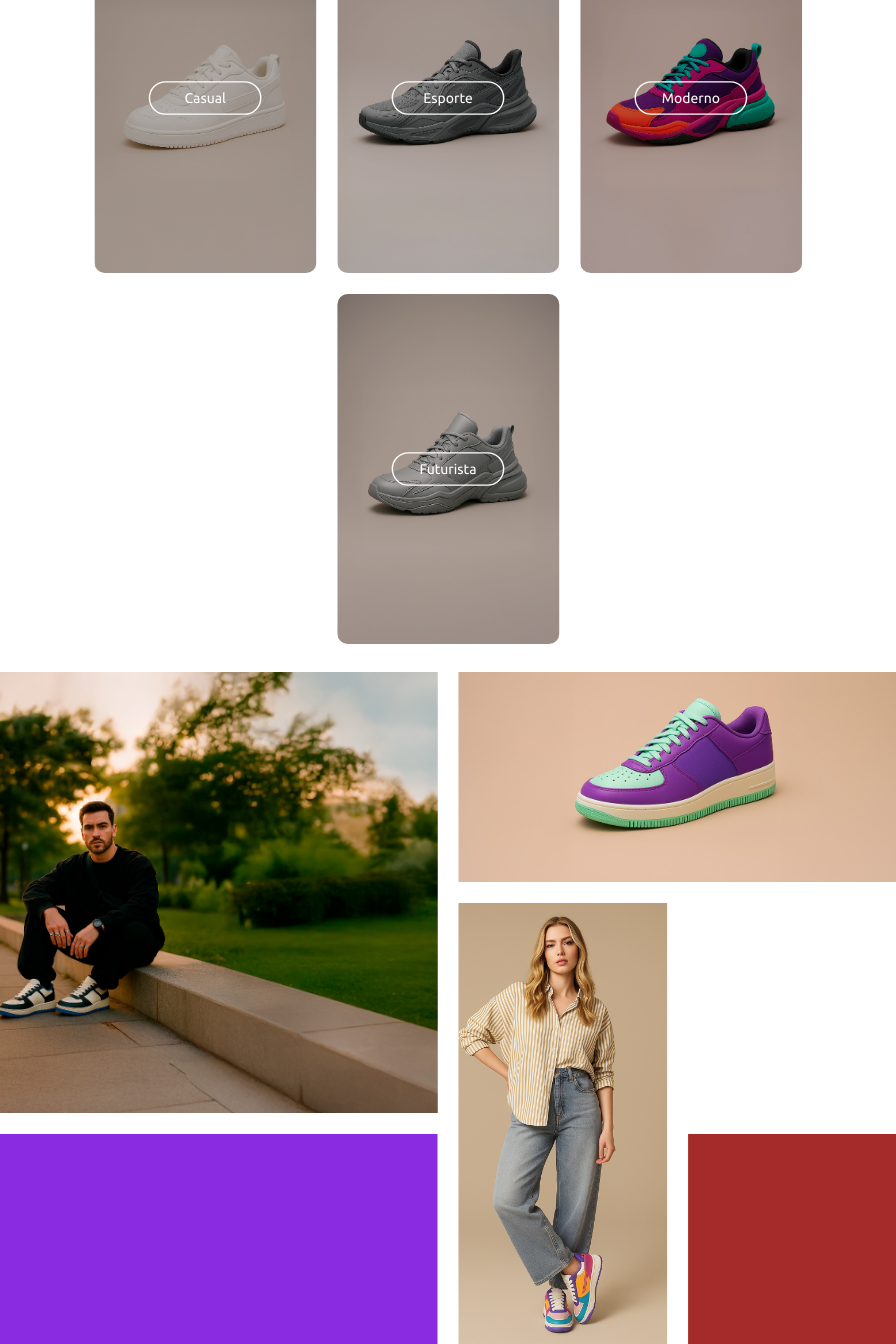
Repository: caique2512/ecommerce-syntaxwear
Page: index.html
An editor plug-in stored every save of this project. The page is shown before and after a run of saves, followed by the edit.
The browser window is 1280 px wide. The pictures show the part of the page from y = 690 to 2610 px (the page is 2610 px tall), at 70% of full size.

Above is the page before, as saved 2026-02-20 18:42:49.

### index.html
<!doctype html>
<html lang="pt-BR">
  <head>
    <meta charset="UTF-8" />
    <meta name="viewport" content="width=device-width, initial-scale=1.0" />
    <meta name="description" content="SyntaxWear - Loja de tênis online" />
    <title>SyntaxWear - Tênis e Sneakers Online</title>
    <meta
      name="description"
      content="Compre os melhores tênis e sneakers online na SyntaxWear. Encontre modelos exclusivos, ofertas imperdíveis e frete grátis para todo o Brasil."
    />

    <link rel="stylesheet" href="./css/base/reset.css" />
    <link rel="stylesheet" href="./css/base/style.css" />
    <link rel="stylesheet" href="./css/base/variables.css" />

    <link rel="stylesheet" href="./css/components/header.css" />
    <link rel="stylesheet" href="./css/components/hero.css" />
    <link rel="stylesheet" href="./css/components/product-category.css" />
    <link rel="stylesheet" href="./css/components/product-grid.css" />
  </head>
  <body>
    <!-- Header com Logo e Navegação -->
    <header class="header">
      <h1 class="logo">
        <a href="/" title="SyntaxWear - Tênis e Sneakers Online">
          <img
            src="./images/logo/logo.svg"
            alt="SyntaxWear - Tênis e Sneakers Online"
          />
        </a>
      </h1>
      <nav class="nav-center" aria-label="Categorias Principais">
        <ul>
          <li><a href="#">Masculino</a></li>
          <li><a href="#">Feminino</a></li>
          <li><a href="#">Outlet</a></li>
        </ul>
      </nav>

      <nav class="nav-right" aria-label="Menu Secundário">
        <ul>
          <li><a href="#">Nossas lojas</a></li>
          <li><a href="#">Sobre</a></li>
          <li>
            <a href="#" aria-label="Minha conta">
              <img src="./images/icons/user.svg" alt="Minha conta" />
            </a>
          </li>
          <li>
            <a href="#" aria-label="Ajuda">
              <img src="./images/icons/help.svg" alt="Ajuda" />
            </a>
          </li>
          <li>
            <a href="#" aria-label="Carrinho">
              <img src="./images/icons/bag.svg" alt="Carrinho" />
            </a>
          </li>
        </ul>
      </nav>
    </header>
    <main>
      <section class="hero">
        <div class="hero-overlay">
          <div class="hero-content">
            <span class="hero-subtitle">Krypton One</span>
            <h2 class="hero-title">Tranforme qualquer passo em preseça.</h2>
            <div class="hero-buttons">
              <a class="btn btn-outiline" href="#">Ver modelos</a>
              <a class="btn btn-filled" href="#">Comprar</a>
            </div>
          </div>
        </div>
      </section>
      <!-- Seção de Categorias de Tênis -->
      <section class="categories-section">
        <div class="category-card casual">
          <a class="category-link" href="#">
            <span class="overlay"></span>
            <span class="category-name btn btn-outiline">Casual</span>
          </a>
        </div>
        <div class="category-card esporte">
          <a class="category-link" href="#">
            <span class="overlay"></span>
            <span class="category-name btn btn-outiline">Esporte</span>
          </a>
        </div>
        <div class="category-card moderno">
          <a class="category-link" href="#">
            <span class="overlay"></span>
            <span class="category-name btn btn-outiline">Moderno</span>
          </a>
        </div>
        <div class="category-card futurista">
          <a class="category-link" href="#">
            <span class="overlay"></span>
            <span class="category-name btn btn-outiline">Futurista</span>
          </a>
        </div>
      </section>
      <!-- Seção de Produtos em Destaque -->
      <section class="grid-section">
        <div class="card top1">
          <div class="top1-content">
            <h3 class="card-subtitle">Krypton One</h3>
            <p class="card-subtitle">Estilos Urbano com atitude</p>
            <div class="cta-group">
              <a href="#" class="btn btn-outiline">Feminino</a>
              <a href="#" class="btn btn-outiline">Masculino</a>
            </div>
          </div>
        </div>
        <div class="card top1"></div>
        <div class="card top2"></div>
        <div class="card midL"></div>
        <div class="card midR"></div>
        <div class="card bottomL"></div>
        <div class="card bottomR"></div>
      </section>
    </main>

    <!-- Footer -->
    <footer class="footer"></footer>

    <script src="js/main.js"></script>
  </body>
</html>

### css/base/reset.css
/* Reset baseado em Andy Bell - Modern CSS Reset */

/* Remove default margins e paddings */
*,
*::before,
*::after {
    margin: 0;
    padding: 0;
    box-sizing: border-box;
}

/* Remove default list styles */
ul[role="list"],
ol[role="list"] {
    list-style: none;
}

/* Body defaults */
body {
    min-height: 100vh;
    text-rendering: optimizeSpeed;
    line-height: 1.5;
}

/* Make images easier to work with */
img,
picture {
    max-width: 100%;
    display: block;
}

/* Inherit fonts for inputs and buttons */
input,
button,
textarea,
select {
    font: inherit;
}

/* Remove animations for people that prefer not to see them */
@media (prefers-reduced-motion: reduce) {
    *,
    *::before,
    *::after {
        animation-duration: 0.01ms !important;
        animation-iteration-count: 1 !important;
        transition-duration: 0.01ms !important;
        scroll-behavior: auto !important;
    }
}

/* A elements that don't have a class get default styles */
a:not([class]) {
    text-decoration-skip-ink: auto;
}

a {
    text-decoration: none;
}

ul,ol{
    list-style: none;
}
/* Remove all animations, transitions and smooth scroll for people that prefer not to see them */
@media (prefers-reduced-motion: reduce) {
    html:focus-within {
        scroll-behavior: auto;
    }

    *,
    *::before,
    *::after {
        animation-duration: 0.01ms !important;
        animation-iteration-count: 1 !important;
        transition-duration: 0.01ms !important;
    }
}

### css/base/style.css
body {
    font-family: var(--fonte-principal);
    color: #333333;
}

main {
    padding: 2.5rem 0 0;
    max-width: 1360px;
    margin: 0 auto;
}

.btn {
    font-size: 1.25rem;
    width: 161px;
    height: 48px;
    border-radius: 25px;
    text-decoration: none;
    color: white;
    font-weight: 400;
    padding: 10px 20px;
    transition: background-color 0.3s, border 0.3s;
}

.btn-outiline {
    background: transparent;
    border: 2px solid white;
    line-height: 23px;
}

.btn-filled {
    background-color: white;
    color: #6329A2;
}

.btn:hover {
    background-color: #6329A2;
    color: white;
    border: #6329A2;
}

### css/base/variables.css
@import url('https://fonts.googleapis.com/css2?family=Ubuntu:ital,wght@0,300;0,400;0,500;0,700;1,300;1,400;1,500;1,700&display=swap');

:root {
    --fonte-principal: 'Ubuntu', sans-serif;
}

### css/components/header.css
.header {
    position: fixed;
    top: 60px;
    left: 50%;
    transform: translate(-50%);
    width: calc(100% - 210px);
    border-radius: 15px;
    z-index: 999;
    display: flex;
    justify-content: space-between;
    align-items: center;
    padding: 0.255rem 1.25rem;
    background-color: white;
}

.logo img {
    height: 48px;
}

.nav-center ul {
    display: flex;
    gap: 2.5rem;
}

.nav-center a, .nav-right a {
    font-size: 1.25rem;
    color: #333333;
}

.nav-center a:hover, .nav-right a:hover {
    color: #7c3aed;
}

.nav-right ul {
    display: flex;
    gap: 2.5rem;
    align-items: center;
}

.nav-right img {
    height: 20px;
}

.nav-right a:hover img {
    opacity: 0.7;
}

### css/components/hero.css
.hero {
    background: url(../../images/banners/hero.jpg) no-repeat center;
    background-size: cover;
    height: 500px;
    position: relative;
    border-radius: 20px;
}

.hero-overlay {
    width: 100%;
    height: 100%;
    display: flex;
    align-items: center;
    justify-content: flex-end;
    padding: 0 6rem;
}

.hero-content {
    color: white;
    max-width: 355px;
    text-align: center;
}

.hero-buttons {
    display: flex;
    gap: 16px;
}

.hero-content .hero-title {
    font-size: 1.87rem;
    margin-bottom: 40px;
    font-weight: 400;
    line-height: 36px;
    letter-spacing: 3px;
}

.hero-content .hero-subtitle {
    font-size: 1.25rem;
    font-weight: 400;
}

### css/components/product-category.css
.categories-section {
    padding: 40px 0px 40px 0px;
    display: flex;
    flex-wrap: wrap;
    justify-content: center;
    gap: 30px;
}

.category-card {
    position: relative;
    width: 317px;
    height: 500px;
    border-radius: 15px;
    overflow: hidden;
}

.overlay {
    position: absolute;
    inset: 0;
    background-color: rgba(0, 0, 0, 0.25);
    z-index: 1;
}

.category-name {
    position: absolute;
    left: 50%;
    top: 50%;
    transform: translate(-50%, -50%);
    z-index: 2;
    font-size: 1.25rem;
    text-align: center;
}

.casual {
    background: url(../../images/products/tênis\ casual.jpg) no-repeat center;
    background-size: cover;
}

.esporte {
    background: url(../../images/products/twnia\ exportivo.jpg) no-repeat center;
    background-size: cover;
}

.moderno {
    background: url(../../images/products/tênis\ colorido.jpg) no-repeat center;
    background-size: cover;
}

.futurista {
    background: url(../../images/products/tênis\ futurista.jpg) no-repeat center;
    background-size: cover;
}

### css/components/product-grid.css
.top1 {
    grid-area: top1;
    background: url(../../images/products/modelo-homem.jpg) no-repeat center;
    background-size: cover;
}

.top2 {
    grid-area: top2;
    background: url(../../images/products/tênis-roxo-grid.jpg) no-repeat center;
    background-size: cover;
}

.midL {
    grid-area: midL;
    background: url(../../images/products/modelo\ feminino.jpg) no-repeat center;
    background-size: cover;
}

.midR {
    grid-area: midR;

}

.bottomL {
    grid-area: bottomL;
    background-color: blueviolet;
}

.bottomR {
    grid-area: bottomR;
    background-color: brown;
}

.grid-section {
    display: grid;
    grid-template-columns: repeat(4, 1fr);
    grid-template-rows: repeat(3, 300px);
    grid-template-areas:
    "top1 top1 top2 top2"
    "top1 top1 midL midR"
    "bottomL bottomL midL bottomR";
    gap: 30px;
}

### js/main.js
/* ===================================
   MAIN.JS - Inicializações globais
   =================================== */

console.log('SyntaxWear - E-commerce carregado com sucesso');

// Suas inicializações globais aqui
// Exemplo: inicializar menu, carrinho, etc.

After the next 14 saves:
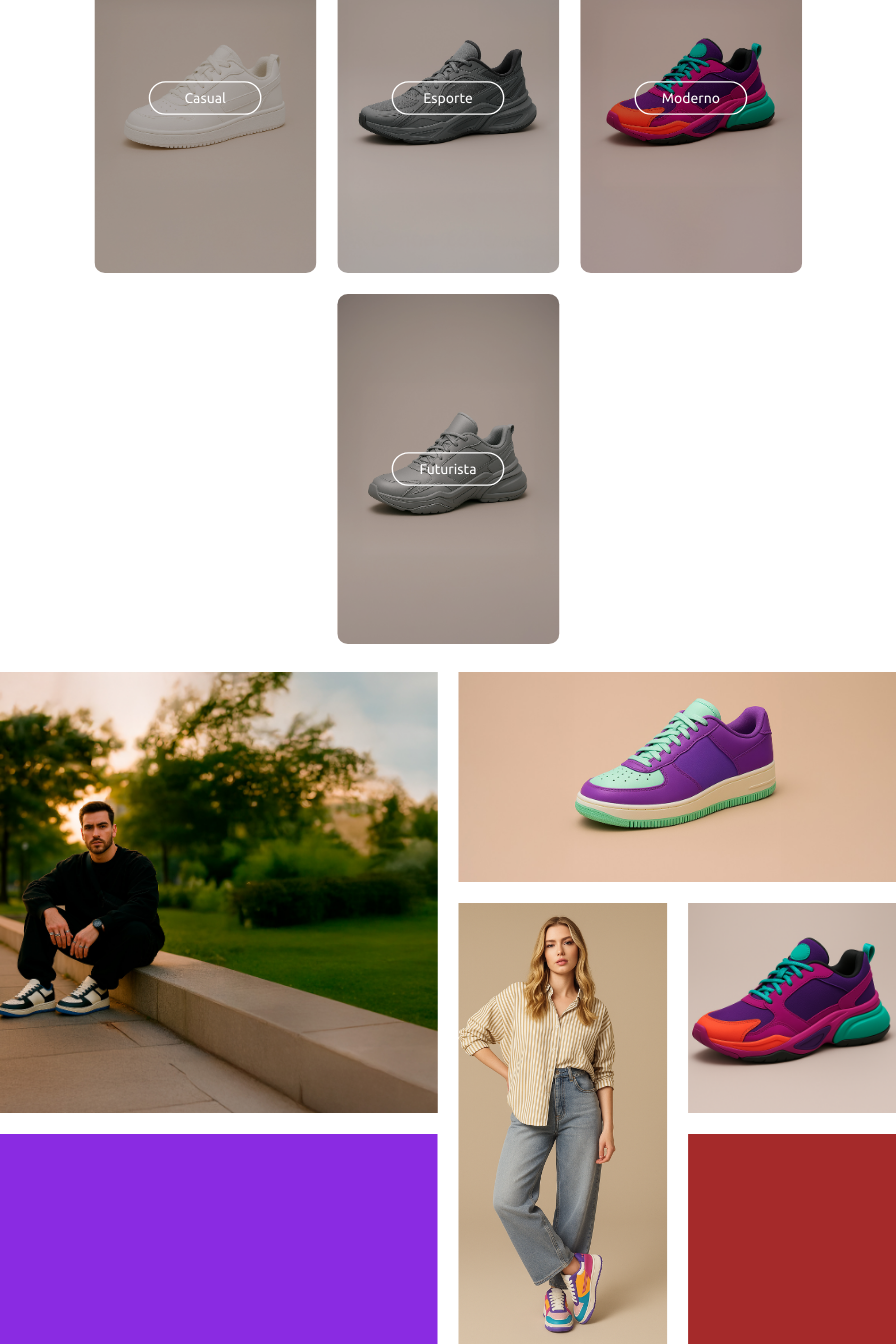
The 14 saves are shown as one change because they came seconds apart.
The last was saved 48 s later.
--- a/css/components/product-grid.css
+++ b/css/components/product-grid.css
@@ -18,7 +18,8 @@
 
 .midR {
     grid-area: midR;
-
+    background: url(../../images/products/futurista-grid.jpg) no-repeat center;
+    background-size: cover;
 }
 
 .bottomL {
